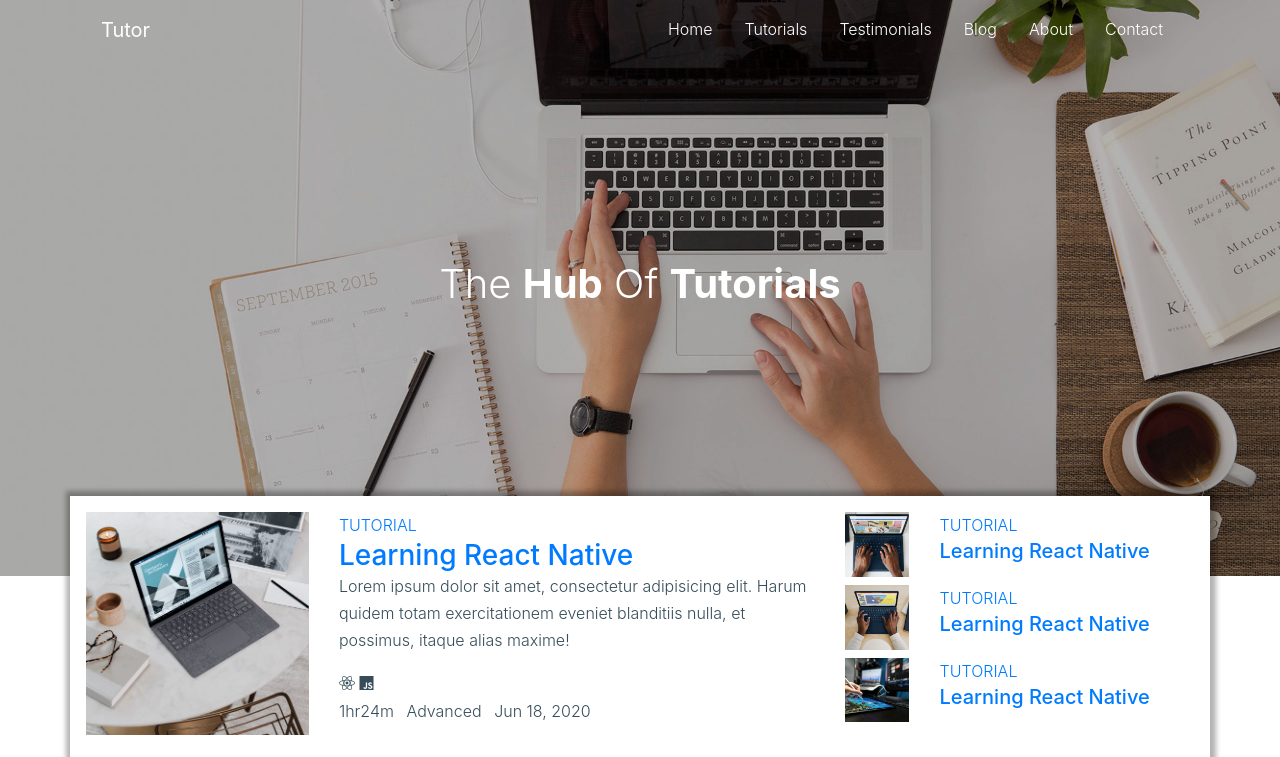
Repository: longvh2003/Tutor
Page: Views/home.html
The author's editor kept a copy of each file at every save. The page is drawn from the files as they stood at one save, then again after the next save.
The browser window is 1280 px wide. The pictures show the whole page.
Some web libraries are served in a nearby version.

Above is the page before, as saved 2020-08-12 17:01:18.

After the next save:
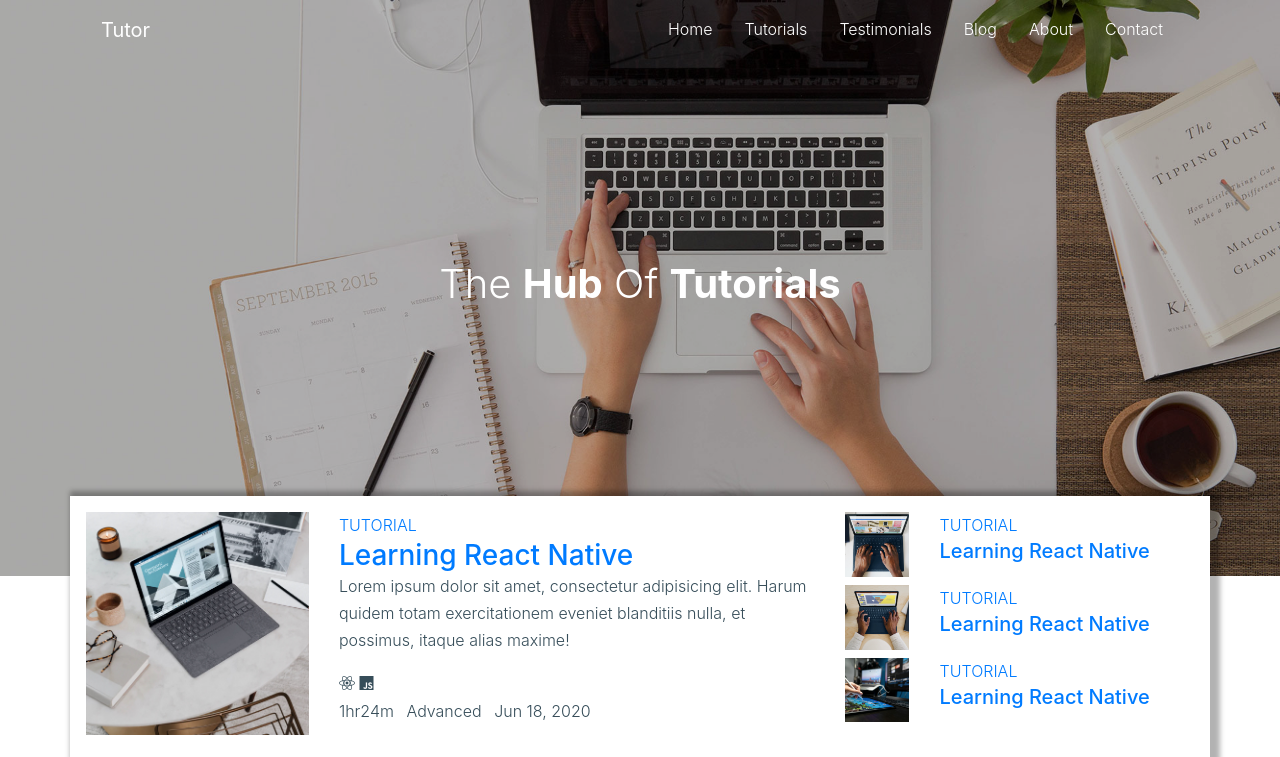
Saved 6 s later.
--- a/Css/home.css
+++ b/Css/home.css
@@ -4,7 +4,7 @@
     z-index: 9999;
     margin-top: -5rem;
     background-color: white;
-    box-shadow: 1px 0 5px 5px rgba(0, 0, 0, 0.3);
+    box-shadow: 5px 0 5px 5px rgba(0, 0, 0, 0.3);
 }
 .img-latest-content{
     width: 100%;

After the save that followed:
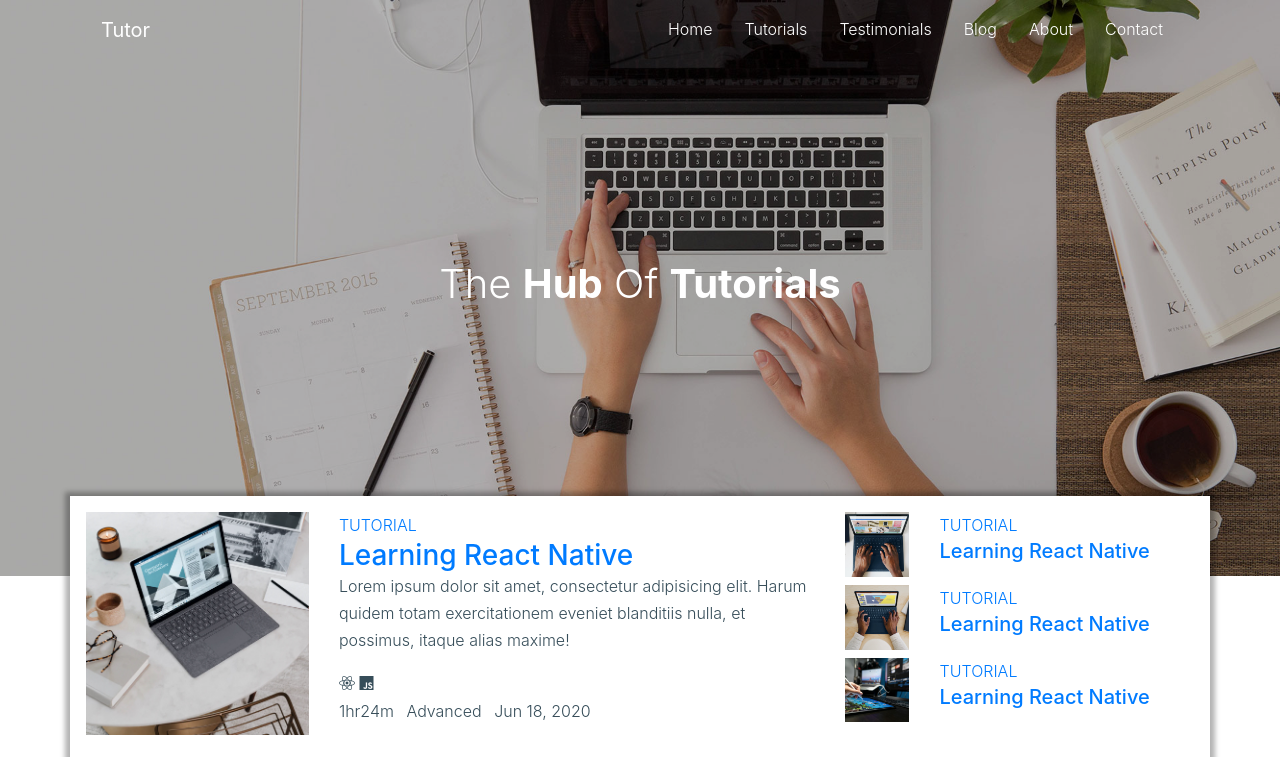
Saved 11 s later.
--- a/Css/home.css
+++ b/Css/home.css
@@ -4,7 +4,7 @@
     z-index: 9999;
     margin-top: -5rem;
     background-color: white;
-    box-shadow: 5px 0 5px 5px rgba(0, 0, 0, 0.3);
+    box-shadow: 0 1px 5px 5px rgba(0, 0, 0, 0.3);
 }
 .img-latest-content{
     width: 100%;
